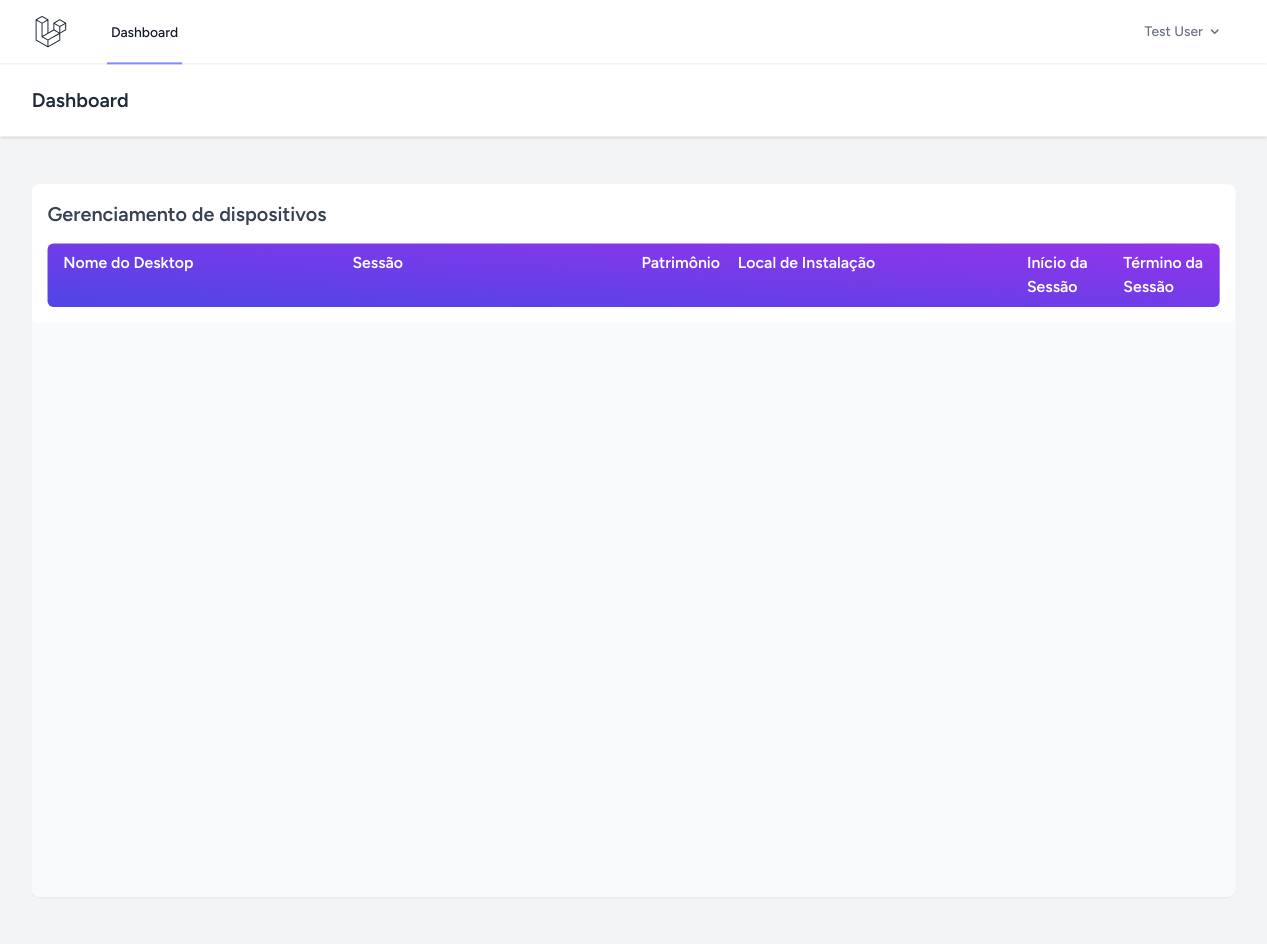
Repository: CrisMorgantee/device-logs
Page: http://localhost/dashboard
An editor plug-in stored every save of this project. The page is shown before and after the next save, followed by the edit.
The browser window is 1280 px wide. The pictures show the whole page, at 99% of full size.
The page is served by the project's Laravel application, run on PHP 8.4 with Laravel 10. A made-up administrator, Test User (test@example.com), is signed in. Other server files are loaded and not shown. Style sheets and scripts are compiled from the project's sources, by tool versions that may differ from the author's. Queries for data that is not in the repository find no rows.

Above is the page before, as saved 2023-04-14 22:52:23.

### routes/web.php
<?php

use App\Http\Controllers\ProfileController;
use App\Http\Controllers\DeviceLogsController;
use Illuminate\Support\Facades\Route;

/*
|--------------------------------------------------------------------------
| Web Routes
|--------------------------------------------------------------------------
|
| Here is where you can register web routes for your application. These
| routes are loaded by the RouteServiceProvider and all of them will
| be assigned to the "web" middleware group. Make something great!
|
*/

Route::get('/', function () {
    return view('auth.login');
});

Route::get('/dashboard', [DeviceLogsController::class, 'index'])->middleware(['auth', 'verified'])->name('dashboard');

Route::middleware('auth')->group(function () {
    Route::get('/profile', [ProfileController::class, 'edit'])->name('profile.edit');
    Route::patch('/profile', [ProfileController::class, 'update'])->name('profile.update');
    Route::delete('/profile', [ProfileController::class, 'destroy'])->name('profile.destroy');
});

require __DIR__.'/auth.php';

### app/Http/Controllers/DeviceLogsController.php
<?php

namespace App\Http\Controllers;

use App\Models\DeviceLogs;
use Illuminate\Http\Request;

class DeviceLogsController extends Controller
{
    /**
     * Display a listing of the resource.
     */
    public function index()
    {
        $logs = DeviceLogs::all();

        return view('dashboard', ['logs' => $logs]);
    }

    /**
     * Show the form for creating a new resource.
     */
    public function create()
    {
        //
    }

    /**
     * Store a newly created resource in storage.
     */
    public function store(Request $request)
    {
        //
    }

    /**
     * Display the specified resource.
     */
    public function show(DeviceLogs $deviceLogs)
    {
        //
    }

    /**
     * Show the form for editing the specified resource.
     */
    public function edit(DeviceLogs $deviceLogs)
    {
        //
    }

    /**
     * Update the specified resource in storage.
     */
    public function update(Request $request, DeviceLogs $deviceLogs)
    {
        //
    }

    /**
     * Remove the specified resource from storage.
     */
    public function destroy(DeviceLogs $deviceLogs)
    {
        //
    }
}

### app/Models/DeviceLogs.php
<?php

namespace App\Models;

use Illuminate\Database\Eloquent\Factories\HasFactory;
use Illuminate\Database\Eloquent\Model;

class DeviceLogs extends Model
{
    use HasFactory;

    public $fillable = [
        'machine_name',
        'session',
        'patrimony',
        'location'
    ];


    protected $dates = [
      'start_session_at',
      'end_session_at'
  ];

}

### resources/views/dashboard.blade.php
<x-app-layout>
  <x-slot name="header">
    <h2 class="text-xl font-semibold leading-tight text-gray-800">
      {{ __('Dashboard') }}
    </h2>
  </x-slot>

  <div class="py-12">
    <div class="mx-auto max-w-7xl sm:px-6 lg:px-8">
      <div class="overflow-hidden bg-white shadow-sm sm:rounded-lg">
        <div class="min-h-screen bg-gray-50">
          <div class="rounded-md bg-white p-4">
            <h2 class="mb-4 text-xl font-bold text-gray-700">Gerenciamento de dispositivos</h2>

            <div
              class="text-md grid w-full grid-cols-12 gap-4 rounded-md bg-gradient-to-tr from-indigo-600 to-purple-600 py-2 px-4 font-bold text-white">
              <div class="col-span-3">
                <span>Nome do Desktop</span>
              </div>
              <div class="col-span-3">
                <span>Sessão</span>
              </div>
              <div class="col-span-1">
                <span>Patrimônio</span>
              </div>
              <div class="col-span-3">
                <span>Local de Instalação</span>
              </div>
              <div class="col-span-1">
                <span>Início da Sessão</span>
              </div>
              <div class="col-span-1">
                <span>Término da Sessão</span>
              </div>
            </div>
            <div>
              @foreach ($logs as $deviceLog)
                <div class="mt-4 grid grid-cols-12 gap-4 border-t px-4 text-sm font-normal first:border-none">
                  <div class="col-span-2">
                    <span>{{ $deviceLog->machine_name }}</span>
                  </div>
                  <div class="col-span-3">
                    <span>{{ $deviceLog->session }}</span>
                  </div>
                  <div class="col-span-1">
                    <span>{{ $deviceLog->patrimony }}</span>
                  </div>
                  <div class="col-span-2">
                    <span>{{ $deviceLog->location }}</span>
                  </div>
                  <div class="col-span-2">
                    <span>{{ $deviceLog->start_session_at }}</span>
                  </div>
                  <div class="col-span-2">
                    <span>{{ $deviceLog->end_session_at }}</span>
                  </div>
                </div>
              @endforeach
            </div>
          </div>
        </div>
      </div>
    </div>

</x-app-layout>

Loaded but not shown: app/Providers/AppServiceProvider.php (common file); routes/auth.php (common file); app/Http/Controllers/Auth/EmailVerificationPromptController.php (common file); app/Http/Controllers/Controller.php (common file); app/Http/Controllers/Auth/VerifyEmailController.php (common file); app/Models/User.php (common file); app/View/Components/AppLayout.php (common file); resources/views/layouts/app.blade.php (common file); resources/views/layouts/navigation.blade.php (common file); resources/views/components/application-logo.blade.php (common file); resources/views/components/nav-link.blade.php (common file); resources/views/components/dropdown-link.blade.php (common file); resources/views/components/dropdown.blade.php (common file); resources/views/components/responsive-nav-link.blade.php (common file); resources/css/app.css (common file); tailwind.config.js (common file); resources/js/app.js (common file); resources/js/bootstrap.js (common file)

After the next save:
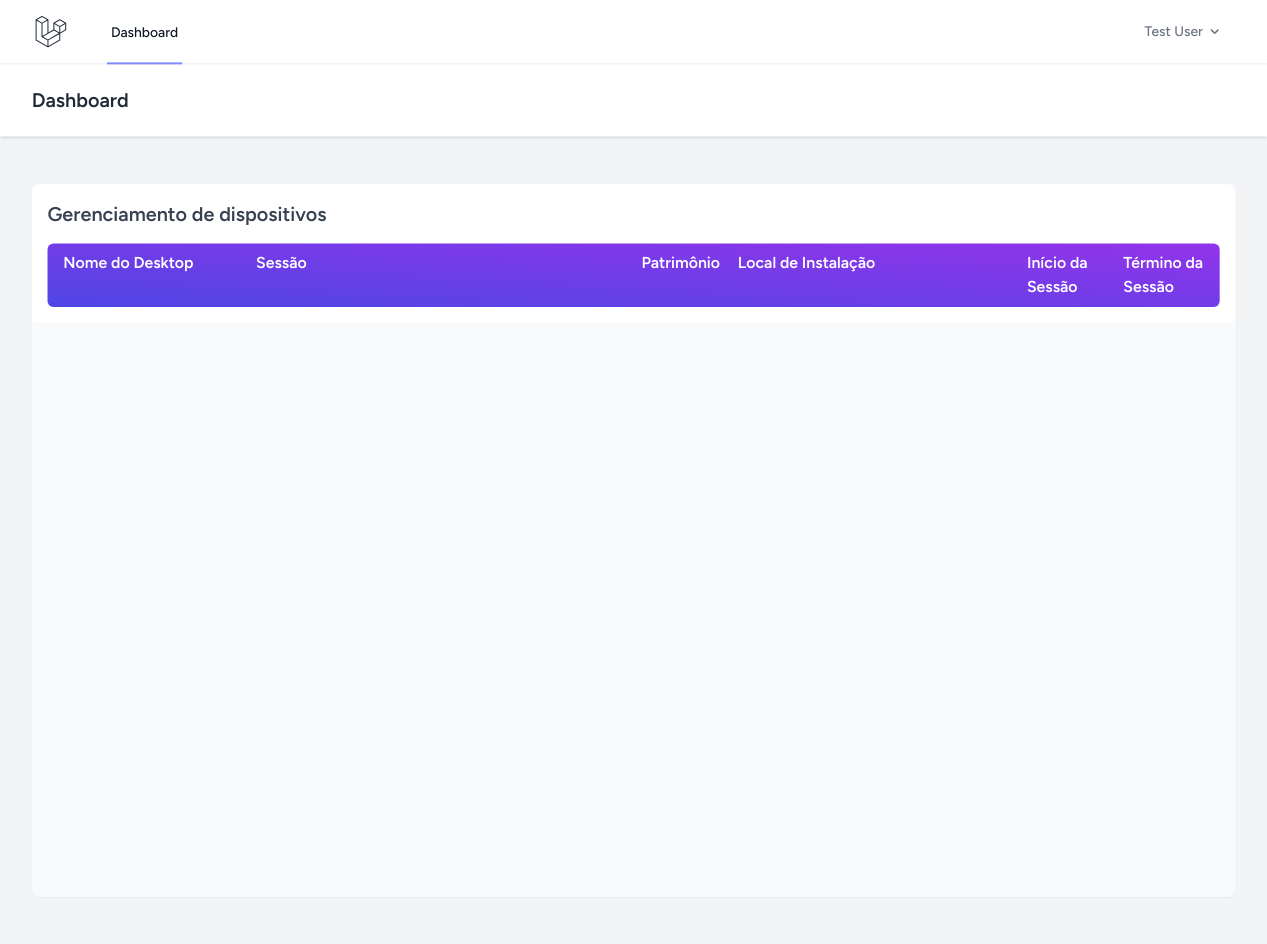
Saved 10 s later.
--- a/resources/views/dashboard.blade.php
+++ b/resources/views/dashboard.blade.php
@@ -14,10 +14,10 @@
 
             <div
               class="text-md grid w-full grid-cols-12 gap-4 rounded-md bg-gradient-to-tr from-indigo-600 to-purple-600 py-2 px-4 font-bold text-white">
-              <div class="col-span-3">
+              <div class="col-span-2">
                 <span>Nome do Desktop</span>
               </div>
-              <div class="col-span-3">
+              <div class="col-span-4">
                 <span>Sessão</span>
               </div>
               <div class="col-span-1">
